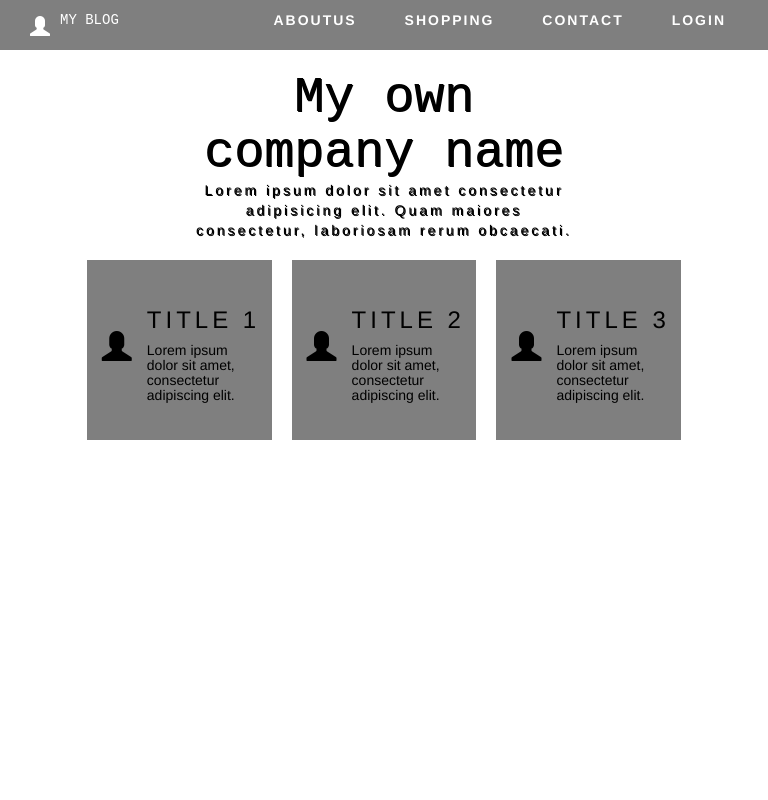
Repository: alikahwaji/HTML-CSS
Page: index.html
The author's editor kept a copy of each file at every save. The page is drawn from the files as they stood at one save, then again after the next save.
The browser window is 768 px wide. The pictures show the whole page.

Above is the page before, as saved 2019-10-07 21:30:49.

After the next save:
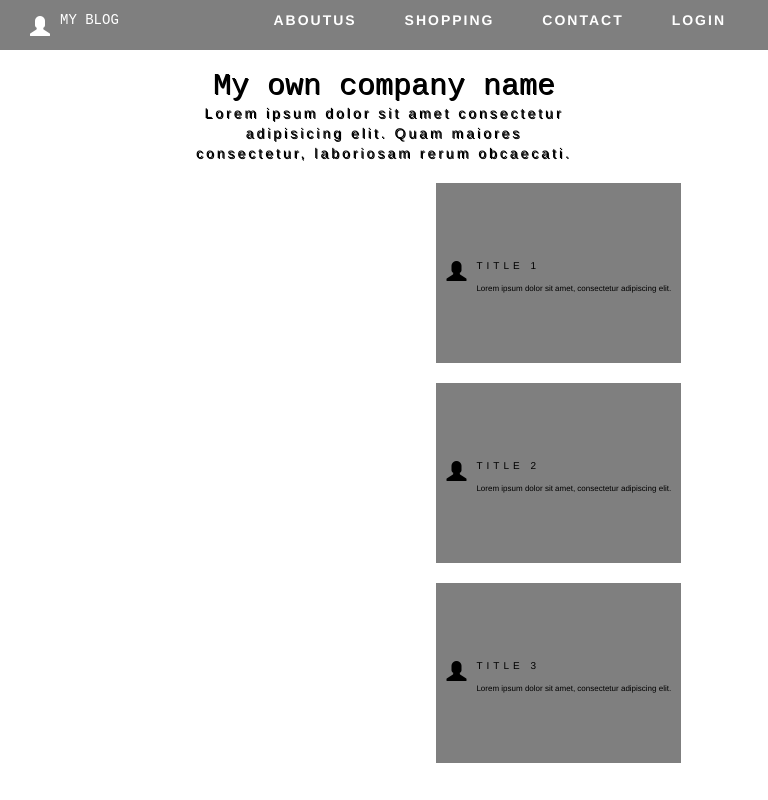
Saved 2 min 4 s later.
--- a/style.css
+++ b/style.css
@@ -115,3 +115,45 @@ nav li a:hover{
 .text {
   padding: .5rem;
 }
+
+
+@media (max-width: 1160px){
+  .icon{
+    font-size: 2rem;
+    padding: 0.5rem;
+  }
+  .text h3{
+    text-transform: uppercase;
+    letter-spacing: 4px;
+    margin-bottom: 0;
+    font-size: 1rem;
+  }
+
+  .text p{
+    margin-top: 1rem;
+    line-height: 1.5rem;
+    text-align: left;
+    font-size: .8rem;
+  }
+  nav li a:hover{
+  background: none;
+  color: black;
+  }
+}
+
+
+@media (max-width: 850px){
+  body{
+    height: 100%;
+  }
+  .container-boxes{
+    flex-direction: column;
+  }
+  .box:hover{
+    background: rgba(255,255,255,.7);
+    transform: none;
+  }
+  .titles h1{
+  font-size: 3rem;
+  }
+}
